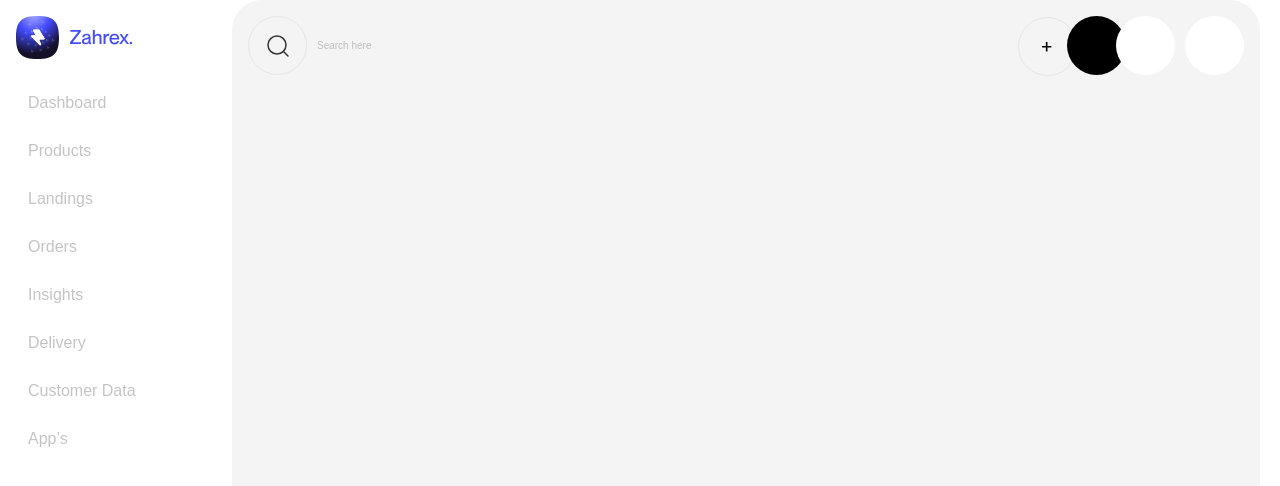
Repository: asba38295-web/zahrex-app
Page: /dashboard
An editor plug-in stored every save of this project. The page is shown before and after a run of saves, followed by the edit.
The browser window is 1280 px wide. The pictures show the whole page.
The project was rebuilt for these pictures with package versions that can differ from the ones it lists, and the page was loaded fresh each time. The framework's server and built-in components were replaced by stand-ins that run in the browser. Also part of the build but not shown: next.config.mjs, src/page/Dashboard/Dashboard.jsx.

Above is the page before, as saved 2025-11-28 22:00:21.

### src/app/dashboard/page.jsx
"use client";
import React, { useState } from "react";
import Image from "next/image";
import Dashboard from "../../page/Dashboard/Dashboard";

export default function DashboardShell() {
  const [activeTab, setActiveTab] = useState("Dashboard");
  const [mobileMenuOpen, setMobileMenuOpen] = useState(false);

  const NAV = [
    { key: "dashboard", label: "Dashboard" },
    { key: "products",  label: "Products" },
    { key: "landings",  label: "Landings" },
    { key: "orders", label: "Orders" },
    { key: "insights",      label: "Insights" },
    { key: "delivery",  label: "Delivery" },
    { key: "customerData",      label: "Customer Data" },
    { key: "apps",   label: "App’s" },

  ];

  return (
    <div className="flex gap-1">
     {/* Sidebar */}

     <aside
     className={` inset-y-0 left-0 z-30 w-52  backdrop-blur p-4 transition-transform md:translate-x-0 ${
       mobileMenuOpen ? "translate-x-0" : "-translate-x-full md:translate-x-0"
     }`}
   >
     <div className="flex items-center justify-between mb-6">
       <div className="flex items-center gap-2">
         <img src="logoz.svg" alt="" />
       </div>
       <button
         onClick={() => setMobileMenuOpen(false)}
         className="md:hidden inline-flex items-center justify-center h-9 w-9 rounded-full border"
         aria-label="Close menu"
       >
         ×
       </button>
     </div>

     <nav className="space-y-2">
       {NAV.map((item) => (
         <button
           key={item.key}
           onClick={() => setActiveTab(item.key)}
           className={`w-full text-[#C4C4C4] text-left px-3 py-2 rounded-xl ${
             activeTab === item.key
               ? " text-black  border-black"
               : "hover:bg-gray-100"
           }`}
         >
           {item.label}
         </button>
       ))}
     </nav>

     {/* Main */}
     <main className=" flex-1 md:ml-72 p-4">
        {/* Top bar */}
        <div className="flex items-center justify-between gap-2 mb-4">
          <button
            onClick={() => setMobileMenuOpen(true)}
            className="md:hidden inline-flex items-center justify-center h-10 w-10 rounded-xl border bg-white"
            aria-label="Open menu"
          >
            ☰
          </button>
          <h1 className="text-xl font-semibold">{titleForTab(activeTab)}</h1>
          <div className="hidden md:block" />
        </div>

      </main>
   </aside>



    <div className="w-screen h-full px-5">
    <div className="min-h-screen w-full bg-[#F4F4F4] p-4 rounded-[30px] flex">
     <div className="flex gap-[10px]">
     <button className="w-[59px] h-[59px] border border-[#E6E6E6] rounded-full flex justify-center items-center">
        <Image width={24} height={24} src={"icons/search.svg"} />
    </button>
       <input
       placeholder="Search here"
       type="text"

       className="text-[#8A8A8A] w-[100px] h-[39px] rounded-full mt-[10px] text-[10px]" />
     </div>
     <div className="flex w-full justify-end ">
       <div className="flex gap-[10px]">
      <div className=" -space-x-[10px]">
        {/* ADD */}
      <button className="w-[59px] h-[59px]  border border-[#E6E6E6] rounded-full justify-center items-center ">
      <Image className="ml-[23px]" width={10} height={10} src={"icons/+.svg"} />

      </button>
      <button className="bg-black w-[59px] h-[59px] rounded-full "></button>
      <button className="bg-white w-[59px] h-[59px] rounded-full "></button>
      </div>
      <button className="bg-white w-[59px] h-[59px] rounded-full "></button>

    </div>

    </div>
    </div>


    </div>
    </div>
  );
}

function titleForTab(key) {
  switch (key) {
    case "dashboard": return < Dashboard />;
    case "orders": return "Orders22";
    case "services": return "Services";
    case "closed": return "Closed";
    case "paid": return "Paid";
    case "products": return "Products";
    case "delivery": return "Delivery";
    case "customers": return "Customers";
    case "meta": return "Meta";
    case "whatsapp": return "Whatsapp";
    case "team": return "Team";
    case "finance": return "Finance";
    case "email": return "Email";
  }
}

Loaded but not shown: src/app/layout.js (common file); src/app/globals.css (common file)

After the next 2 saves:
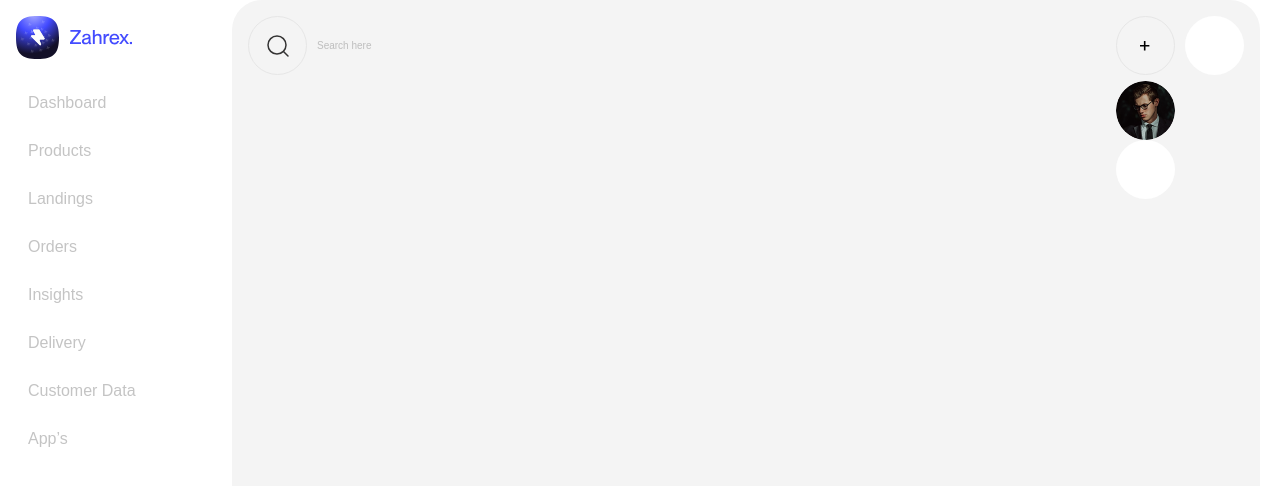
The 2 saves are shown as one change because 1 did not build or start.
The last was saved 3 min 44 s later.
--- a/src/app/dashboard/page.jsx
+++ b/src/app/dashboard/page.jsx
@@ -97,7 +97,7 @@ export default function DashboardShell() {
       <Image className="ml-[23px]" width={10} height={10} src={"icons/+.svg"} />
 
       </button>
-      <button className="bg-black w-[59px] h-[59px] rounded-full "></button>
+      <Image width={59} height={59} src={"/user/user1.png"} className="  rounded-full " />
       <button className="bg-white w-[59px] h-[59px] rounded-full "></button>
       </div>
       <button className="bg-white w-[59px] h-[59px] rounded-full "></button>
